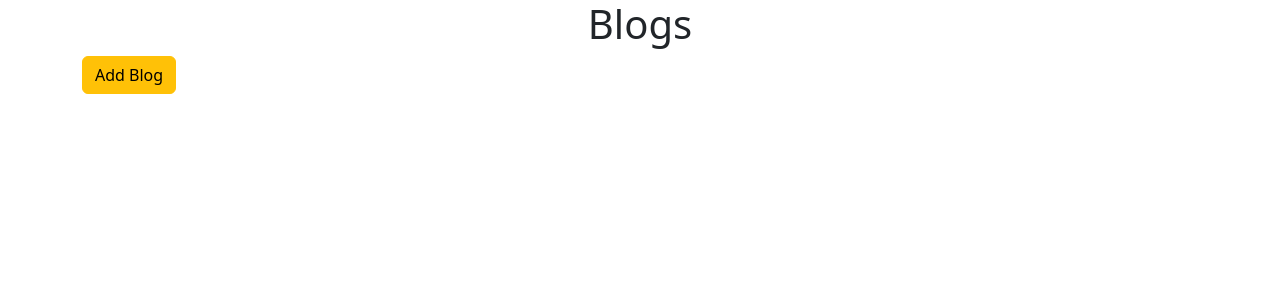
Repository: wasimalbokae2000/blogs
Page: http://localhost/posts
These files come from the project's save history. The page is drawn as it stood at one moment and after the next save; the edit follows.
The browser window is 1280 px wide. The pictures show the whole page.
The page is served by the project's Laravel application, run on PHP 8.4 with Laravel 12. Queries for data that is not in the repository find no rows.

Above is the page before, as saved 2024-11-28 13:22:16.

After the next save:
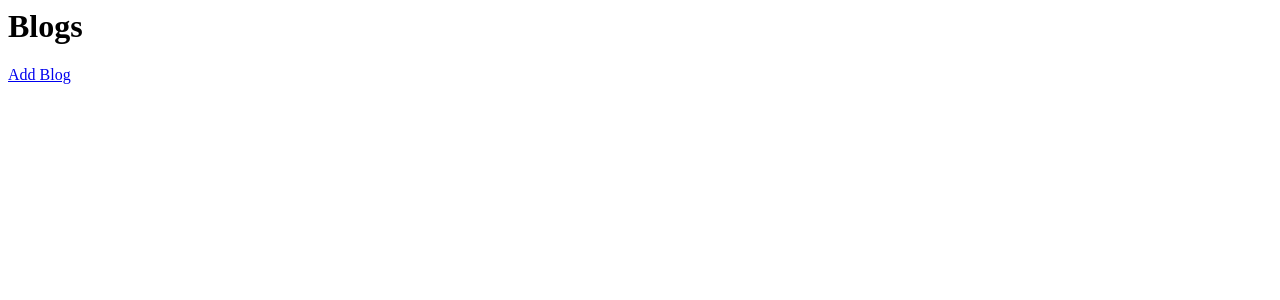
Saved 7 s later.
--- a/resources/views/posts/index.blade.php
+++ b/resources/views/posts/index.blade.php
@@ -1,12 +1,4 @@
 
-<head>
-    <meta charset="UTF-8">
-    <meta name="viewport" content="width=device-width, initial-scale=1.0">
-    <meta http-equiv="X-UA-Compatible" content="ie=edge">
-    <link href="https://cdn.jsdelivr.net/npm/bootstrap@5.3.3/dist/css/bootstrap.min.css" rel="stylesheet" integrity="sha384-QWTKZyjpPEjISv5WaRU9OFeRpok6YctnYmDr5pNlyT2bRjXh0JMhjY6hW+ALEwIH" crossorigin="anonymous">
-    <title></title>
-</head>
-<body>
     <div class="container">
         <h1 class="text-center">Blogs</h1>
         <a href="{{route('posts.create')}}" class="btn btn-warning">Add Blog</a>
@@ -60,6 +52,4 @@
     </div>
 </div>
 
-</body>
-</html>
 <script src="https://cdn.jsdelivr.net/npm/bootstrap@5.3.3/dist/js/bootstrap.bundle.min.js" integrity="sha384-YvpcrYf0tY3lHB60NNkmXc5s9fDVZLESaAA55NDzOxhy9GkcIdslK1eN7N6jIeHz" crossorigin="anonymous"></script>

After the save that followed:
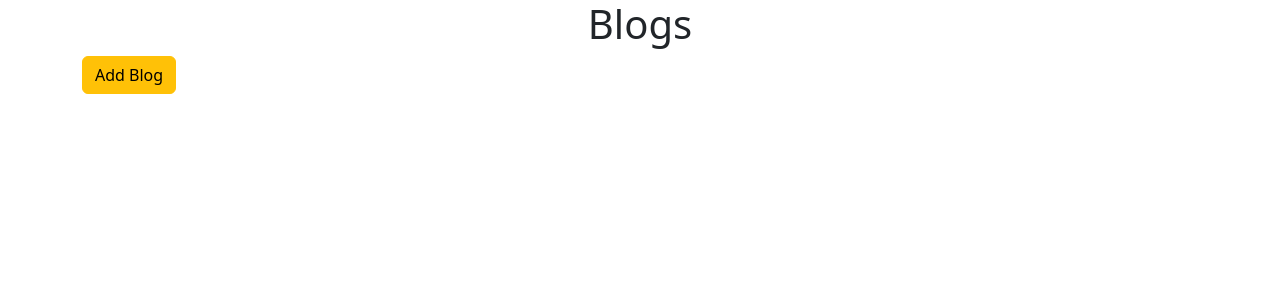
Saved 23 s later.
--- a/resources/views/posts/index.blade.php
+++ b/resources/views/posts/index.blade.php
@@ -1,4 +1,21 @@
 
+<head>
+    <meta charset="UTF-8">
+    <meta name="viewport" content="width=device-width, initial-scale=1.0">
+    <meta http-equiv="X-UA-Compatible" content="ie=edge">
+    <link href="https://cdn.jsdelivr.net/npm/bootstrap@5.3.3/dist/css/bootstrap.min.css" rel="stylesheet" integrity="sha384-QWTKZyjpPEjISv5WaRU9OFeRpok6YctnYmDr5pNlyT2bRjXh0JMhjY6hW+ALEwIH" crossorigin="anonymous">
+    <title></title>
+    <style>
+        .card-text
+        {
+            -webkit-box-orient: vertical;
+            -webkit-line-clamp: 2;
+            overflow: hidden;
+            min-height:80px;
+        }
+    </style>
+</head>
+<body>
     <div class="container">
         <h1 class="text-center">Blogs</h1>
         <a href="{{route('posts.create')}}" class="btn btn-warning">Add Blog</a>
@@ -52,4 +69,6 @@
     </div>
 </div>
 
+</body>
+</html>
 <script src="https://cdn.jsdelivr.net/npm/bootstrap@5.3.3/dist/js/bootstrap.bundle.min.js" integrity="sha384-YvpcrYf0tY3lHB60NNkmXc5s9fDVZLESaAA55NDzOxhy9GkcIdslK1eN7N6jIeHz" crossorigin="anonymous"></script>
